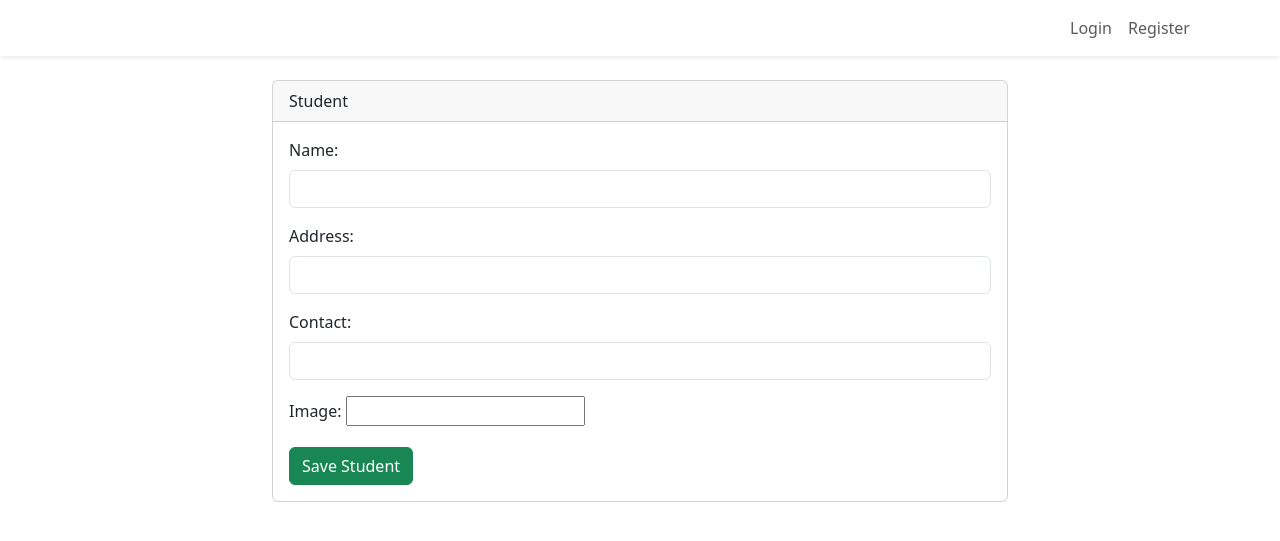
Repository: kunwarganesh07/Example
Page: http://localhost/student/create
An editor plug-in stored every save of this project. The page is shown before and after the next save, followed by the edit.
The browser window is 1280 px wide. The pictures show the whole page.
The page is served by the project's Laravel application, run on PHP 8.4 with Laravel 12. Other server files are loaded and not shown.

Above is the page before, as saved 2025-11-16 14:24:01.

### routes/web.php
<?php


use App\Http\Controllers\HomeController;
use App\Http\Controllers\StudentController;
use App\Http\Controllers\TeacherController;
use Illuminate\Support\Facades\Auth;
use Illuminate\Support\Facades\Route;

Route::get('/', function () {
    return view('welcome');
});

Auth::routes();

Route::get('/home', [HomeController::class, 'index'])->name('home');
Route::get('/student', [StudentController::class, 'index'])->name('student.index');
Route::get('/student/create', [StudentController::class, 'create'])->name('student.create');
Route::post('store', [StudentController::class, 'store'])->name('store');
Route::put('update/{id}', [StudentController::class, 'update'])->name('students.update');
Route::delete('delete/{id}', [StudentController::class, 'destroy'])->name('students.delete');



Route::get('student/edit/{id}', [StudentController::class, 'edit'])->name('students.edit');

Route::get('/teachers', [TeacherController::class, 'index'])->name('teachers.index');
Route::get('/teachers/create', [TeacherController::class, 'create'])->name('teachers.create');
Route::post('/teachers/store', [TeacherController::class, 'store'])->name('teachers.store');

### app/Http/Controllers/StudentController.php
<?php

namespace App\Http\Controllers;

use App\Models\Student;
use Illuminate\Http\Request;

class StudentController extends Controller
{
    /**
     * Display a listing of the resource.
     */
    public function index()
    {
        $student = Student::all();
        return view('student.index', compact('student'));
    }

    /**
     * Show the form for creating a new resource.
     */
    public function create()
    {
        return view('student.create');
    }

    /**
     * Store a newly created resource in storage.
     */
    public function store(Request $request)
    {
        $student = new Student();
        $student->name = $request->name;
        $student->contact = $request->contact;
        $student->address = $request->address;
        $student->save();
        return redirect()->route('student.index');
    }

    /**
     * Display the specified resource.
     */
    public function show(string $id)
    {
        //
    }

    /**
     * Show the form for editing the specified resource.
     */
    public function edit(string $id)
    {
        // dd($id);
        $student = Student::findOrfail($id);
        return view('student.edit', compact('student'));
    }

    /**
     * Update the specified resource in storage.
     */
    public function update(Request $request, string $id)
    {
        $data = Student::findOrfail($id);
        $data->name = $request->name;
        $data->address = $request->address;
        $data->contact = $request->contact;
        $data->save();

        return redirect()->route('student.index');
    }

    /**
     * Remove the specified resource from storage.
     */
    public function destroy(string $id)
    {
        $data = Student::findOrfail($id);
        $data->delete();
        return redirect()->route('student.index');
        // dd('DELETE STUDENT');
    }
}

### resources/views/student/create.blade.php
@extends('layouts.app')

@section('content')
    <div class="container">
        <div class="row justify-content-center">
            <div class="col-md-8">
                <div class="card">
                    <div class="card-header">{{ __('Student') }}
                    </div>

                    <div class="card-body">
                        <form action="{{ route('store') }}" method="POST">
                            @csrf
                            <div class="mb-3">
                                <label for="name" class="form-label">Name:</label>
                                <input type="text" name="name" class="form-control" required>
                            </div>

                            <div class="mb-3">
                                <label for="address" class="form-label">Address:</label>
                                <input type="text" name="address" class="form-control" required>
                            </div>

                            <div class="mb-3">
                                <label for="contact" class="form-label">Contact:</label>
                                <input type="text" name="contact" class="form-control" required>
                            </div>
                            <div class="mb-3">
                                <label for="image" class="form-label">Image:</label>
                                <input type="text">
                            </div>

                            <button type="submit" class="btn btn-success">Save Student</button>
                        </form>
                    </div>
                </div>
            </div>
        </div>
    </div>
@endsection

### resources/views/layouts/app.blade.php
<!doctype html>
<html lang="{{ str_replace('_', '-', app()->getLocale()) }}">

<head>
    <meta charset="utf-8">
    <meta name="viewport" content="width=device-width, initial-scale=1">

    <!-- CSRF Token -->
    <meta name="csrf-token" content="{{ csrf_token() }}">

    <title>{{ config('app.name', 'Laravel') }}</title>

    <!-- Fonts -->
    <link rel="dns-prefetch" href="//fonts.bunny.net">
    <link href="https://fonts.bunny.net/css?family=Nunito" rel="stylesheet">

    <link rel="stylesheet" href="https://cdn.jsdelivr.net/npm/bootstrap@5.3.8/dist/css/bootstrap.min.css">
    <script src="https://cdn.jsdelivr.net/npm/bootstrap@5.3.8/dist/js/bootstrap.bundle.min.js"></script>
    <!-- Scripts -->
    {{-- @vite(['resources/sass/app.scss', 'resources/js/app.js']) --}}
</head>

<body>
    <div id="app">
        <nav class="navbar navbar-expand-md navbar-light bg-white shadow-sm">
            <div class="container">
                @auth
                    <a class="navbar-brand" href="{{ url('/') }}">
                        {{ config('app.name', 'Laravel') }}
                    </a>
                    <a class="navbar-brand" href="{{ route('student.index') }}">
                        {{ 'Student' }}
                    </a>
                    <a class="navbar-brand" href="{{ route('teachers.index') }}">
                        {{ 'Teacher' }}
                    </a>
                @endauth
                <button class="navbar-toggler" type="button" data-bs-toggle="collapse"
                    data-bs-target="#navbarSupportedContent" aria-controls="navbarSupportedContent"
                    aria-expanded="false" aria-label="{{ __('Toggle navigation') }}">
                    <span class="navbar-toggler-icon"></span>
                </button>

                <div class="collapse navbar-collapse" id="navbarSupportedContent">
                    <!-- Left Side Of Navbar -->
                    <ul class="navbar-nav me-auto">

                    </ul>

                    <!-- Right Side Of Navbar -->
                    <ul class="navbar-nav ms-auto">
                        <!-- Authentication Links -->
                        @guest
                            @if (Route::has('login'))
                                <li class="nav-item">
                                    <a class="nav-link" href="{{ route('login') }}">{{ __('Login') }}</a>
                                </li>
                            @endif

                            @if (Route::has('register'))
                                <li class="nav-item">
                                    <a class="nav-link" href="{{ route('register') }}">{{ __('Register') }}</a>
                                </li>
                            @endif
                        @else
                            <li class="nav-item dropdown">
                                <a id="navbarDropdown" class="nav-link dropdown-toggle" href="#" role="button"
                                    data-bs-toggle="dropdown" aria-haspopup="true" aria-expanded="false" v-pre>
                                    {{ Auth::user()->name }}
                                </a>

                                <div class="dropdown-menu dropdown-menu-end" aria-labelledby="navbarDropdown">
                                    <a class="dropdown-item" href="{{ route('logout') }}"
                                        onclick="event.preventDefault();
                                                     document.getElementById('logout-form').submit();">
                                        {{ __('Logout') }}
                                    </a>

                                    <form id="logout-form" action="{{ route('logout') }}" method="POST" class="d-none">
                                        @csrf
                                    </form>
                                </div>
                            </li>
                        @endguest
                    </ul>
                </div>
            </div>
        </nav>

        <main class="py-4">
            @yield('content')
        </main>
    </div>
</body>

</html>

Loaded but not shown: app/Http/Controllers/Auth/ConfirmPasswordController.php (common file); app/Http/Controllers/Controller.php (common file)

After the next save:
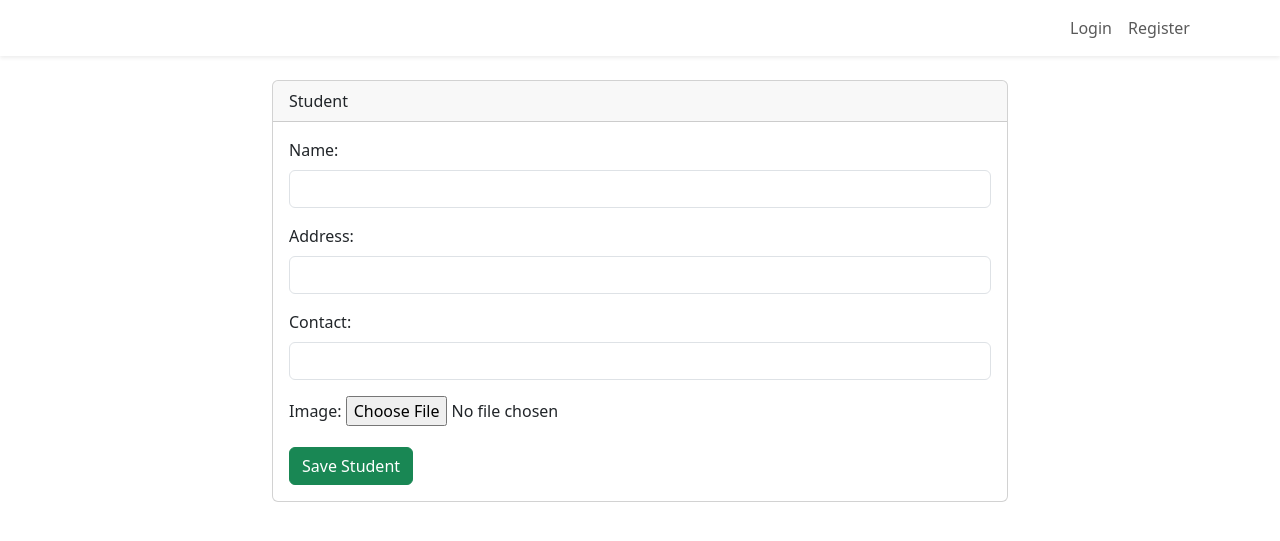
Saved 10 s later.
--- a/resources/views/student/create.blade.php
+++ b/resources/views/student/create.blade.php
@@ -27,7 +27,7 @@
                             </div>
                             <div class="mb-3">
                                 <label for="image" class="form-label">Image:</label>
-                                <input type="text">
+                                <input type="file" name>
                             </div>
 
                             <button type="submit" class="btn btn-success">Save Student</button>
